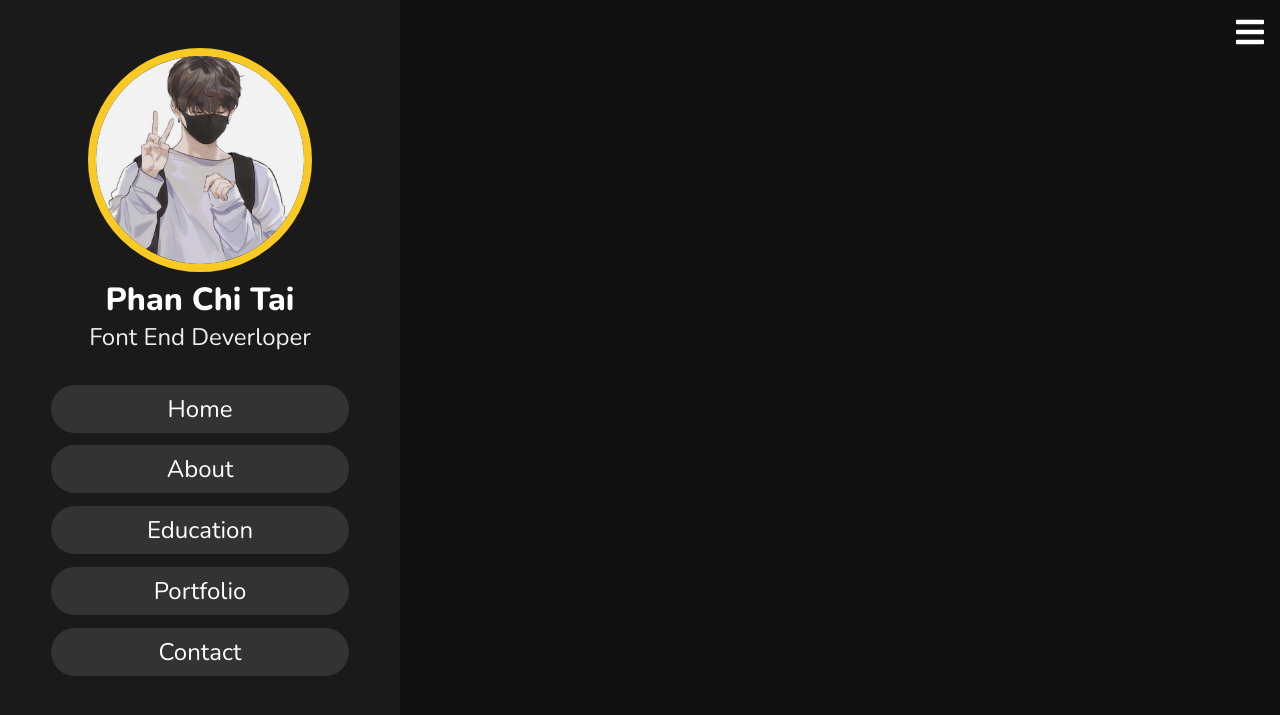
Repository: PCTai/My-profile
Page: index.html
An editor plug-in stored every save of this project. The page is shown before and after the next save, followed by the edit.
The browser window is 1280 px wide. The pictures show the whole page.

Above is the page before, as saved 2021-11-25 18:23:45.

### index.html
<!DOCTYPE html>
<html lang="en">
<head>
    <meta charset="UTF-8">
    <meta http-equiv="X-UA-Compatible" content="IE=edge">
    <meta name="viewport" content="width=device-width, initial-scale=1.0">
    <link rel="preconnect" href="https://fonts.googleapis.com">
    <link rel="preconnect" href="https://fonts.gstatic.com" crossorigin>
    <link href="https://fonts.googleapis.com/css2?family=Nunito:ital,wght@0,400;0,600;0,800;1,200;1,300&display=swap" rel="stylesheet">
    <link rel="stylesheet" href="/assets/font/fontawesome-free-5.15.3-web/css/all.css">
    <link rel="stylesheet" href="/assets/css/style.css">
    <title>Document</title>
</head>
<body>
    <!-- Header start -->
    <header>
        <div class="user">
            <img src="/assets/imgs/user.jpg" alt="">
            <h3 class="name">Phan Chi Tai</h3>
            <div class="post">Font End Deverloper</div>
        </div>
        <div class="navbar">
            <ul>
                <li><a href="#home">home</a></li>
                <li><a href="#about">About</a></li>
                <li><a href="#education">Education</a></li>
                <li><a href="#portfolio">Portfolio</a></li>
                <li><a href="#contact">Contact</a></li>
            </ul>
        </div>
    </header>
    <!-- Header end -->
    <div id="menu"class="fas fa-bars">
    </div>


</body>
</html>

### assets/css/style.css
:root{
    --yellow: #f9ca24;
}
*{
    font-family: 'Nunito', sans-serif;
    margin: 0;padding: 0;
    box-sizing: border-box;
    text-decoration: none;
    outline: none;border: none;
    text-transform: capitalize;
    transition: all .2s linear;
}
html{
    font-size: 62,5%;
    overflow: hidden;
}
::selection{
    background-color: var(--yellow);
    color: #333;

}
html::-webkit-scrollbar{
    width: 1.4rem;
}
html::-webkit-scrollbar-track{
    background: #222;
}
html::-webkit-scrollbar-thumb{
    background: var(--yellow);
}
body{
    background: #111;
}
header{
    position: fixed;
    top: 0;
    left: 0;
    z-index: 1000;
    height: 100%;
    display: flex;
    flex-direction: column;
    justify-content: center;
    align-items: center;
    width: 25rem;
    background-color: #1a1a1a;
}
.user img{
    margin-top: 2rem;
    height: 14rem;
    width: 14rem;
    border-radius: 50%;
    object-fit: cover;
    border: 0.5rem solid var(--yellow);

}
header .user .name{
    text-align: center;
    font-size: 2rem;
    color: #fff;
}
header .user .post{
    text-align: center;
    font-size: 1.5rem;
    color: #eee;
}
header .navbar ul{
    margin-top: 1rem;
    list-style: none;
    padding: 1rem 3rem;
}
header .navbar ul li a:hover{
    background-color: var(--yellow);
}
header .navbar ul li a{
    display: block;
    padding: 0.5rem 6rem;
   margin-bottom: 0.8rem;
   background-color: #333;
   color: #fff;
   font-size: 1.5rem;
   border-radius: 5rem;
   text-align: center;
   cursor: pointer;
}
#menu:hover{
    color: var(--yellow);
}

#menu{
    position: fixed;
    top: 1rem;
    right: 1rem;
    color: #fff;
    font-size: 2rem;
    cursor: pointer;
}

Loaded but not shown: assets/font/fontawesome-free-5.15.3-web/css/all.css (library)

After the next save:
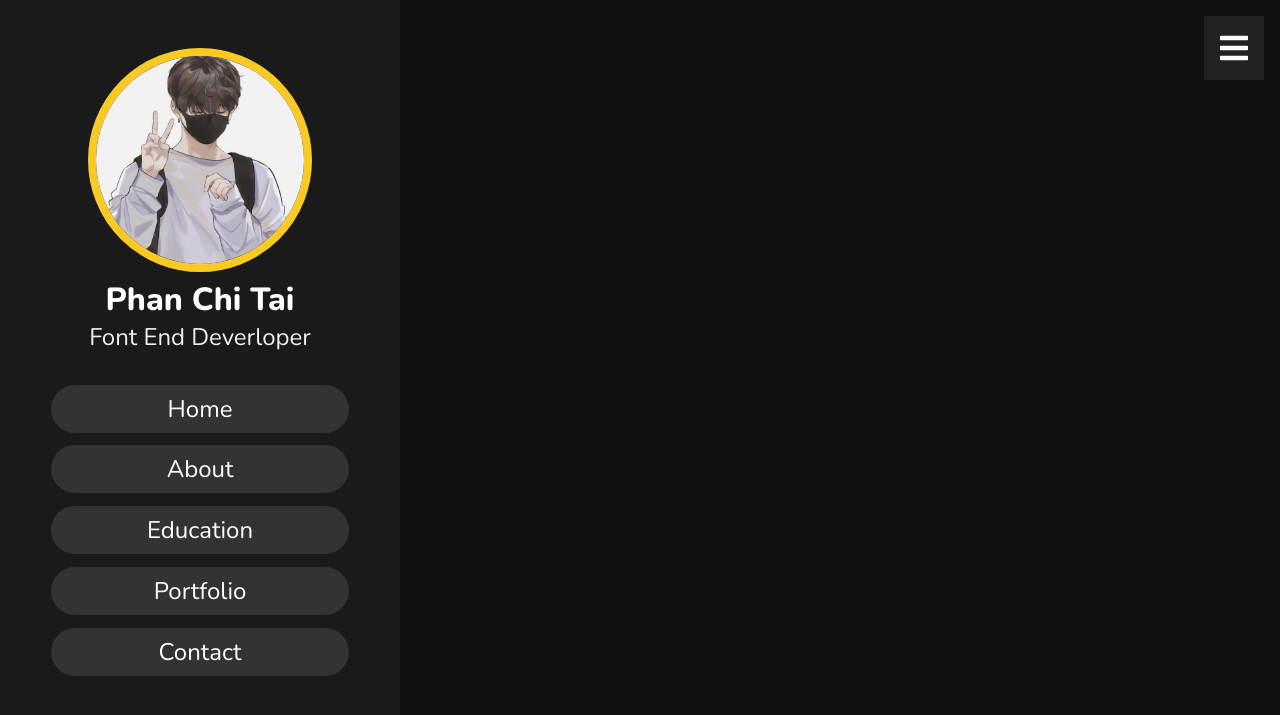
Saved 2 min 29 s later.
--- a/assets/css/style.css
+++ b/assets/css/style.css
@@ -91,6 +91,8 @@ header .navbar ul li a{
     top: 1rem;
     right: 1rem;
     color: #fff;
+    padding: 1rem;
+    background-color: #222;
     font-size: 2rem;
     cursor: pointer;
 }
